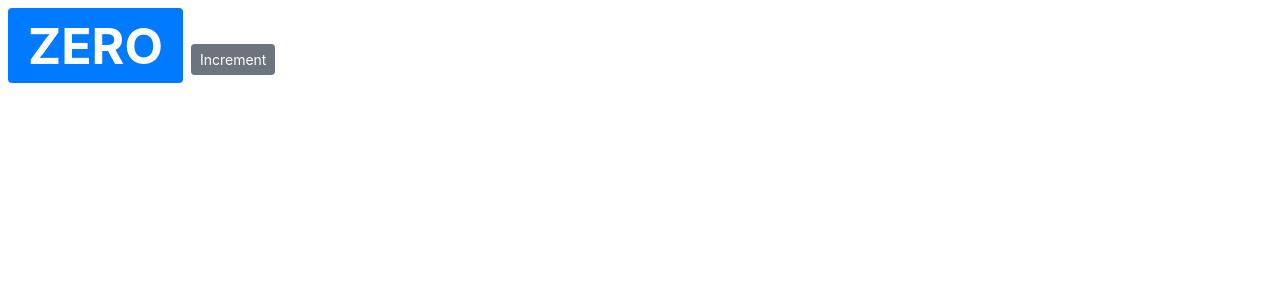
Repository: NikhilSurani/counter-app
Page: /
An editor plug-in stored every save of this project. The page is shown before and after the next save, followed by the edit.
The browser window is 1280 px wide. The pictures show the whole page.
The project was rebuilt for these pictures with package versions that can differ from the ones it lists, and the page was loaded fresh each time.

Above is the page before, as saved 2018-12-28 18:42:05.

### src/index.js
import React from "react";
import ReactDOM from "react-dom";
import "./index.css";
// import App from "./App";
import * as serviceWorker from "./serviceWorker";
import "bootstrap/dist/css/bootstrap.css";
import Counter from "./components/counter";

ReactDOM.render(<Counter />, document.getElementById("root"));

// If you want your app to work offline and load faster, you can change
// unregister() to register() below. Note this comes with some pitfalls.
// Learn more about service workers: http://bit.ly/CRA-PWA
serviceWorker.unregister();

### src/components/counter.jsx
import React, { Component } from "react";
class Counter extends Component {
  state = {
    count: 0
    // imageUrl: "https://picsum.photos/200"
  };
  styles = {
    fontSize: 50,
    fontWeight: "bold"
  };
  render() {
    return (
      <React.Fragment>
        {/* <img src={this.state.imageUrl} alt="" /> */}
        <span style={{ fontSize: 50 }} className="badge badge-primary m-2">
          {this.formatCount()}
        </span>
        <button className="btn btn-secondary btn-sm">Increment</button>
      </React.Fragment>
    );
  }
  formatCount() {
    const { count } = this.state;
    return count !== 0 ? count : "ZERO";
  }
}

export default Counter;

Loaded but not shown: public/index.html (common file); src/index.css (common file); src/serviceWorker.js (common file)

After the next save:
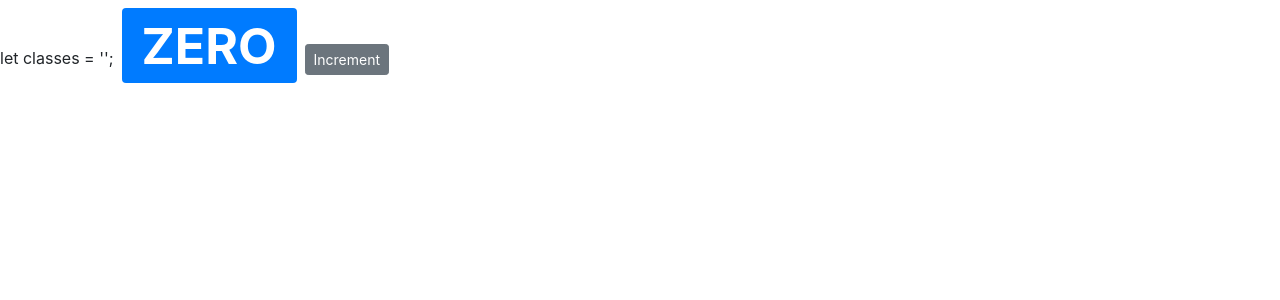
Saved 5 min 2 s later.
--- a/src/components/counter.jsx
+++ b/src/components/counter.jsx
@@ -11,7 +11,8 @@ class Counter extends Component {
   render() {
     return (
       <React.Fragment>
-        {/* <img src={this.state.imageUrl} alt="" /> */}
+          let classes = '';
+
         <span style={{ fontSize: 50 }} className="badge badge-primary m-2">
           {this.formatCount()}
         </span>
